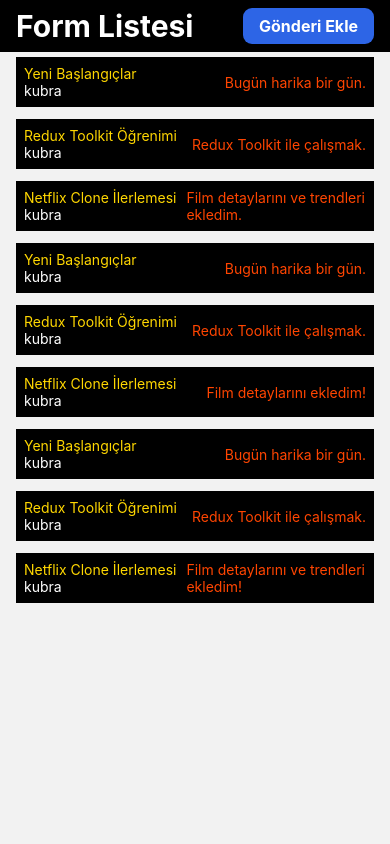
Repository: Kubraaygun/FirebaseRN
Screen: /
An editor plug-in stored every save of this project. The screen is shown before and after the next save, followed by the edit.
The app was drawn by React Native's web renderer in a window 390 px wide. The project was rebuilt for these pictures with package versions that can differ from the ones it lists, and the page was loaded fresh each time. Requests to the local data server were answered from the project's data file. Also part of the build but not shown: src/screens/AddPost/AddPostView.jsx, src/screens/AddPost/AddPostController.jsx.

Above is the screen before, as saved 2025-01-20 20:36:41.

### App.js
import {SafeAreaView, StyleSheet, Text, View} from 'react-native';
import React, {useState} from 'react';
import {createNativeStackNavigator} from '@react-navigation/native-stack';
import {NavigationContainer} from '@react-navigation/native';
import ListPostController from './src/screens/ListPost/ListPostController';
import AddPostController from './src/screens/AddPost/AddPostController';
import AppBar from './src/screens/component/AppBar';

const App = () => {
  const [activePage, setActivePage] = useState('Gönderiler');
  const Stack = createNativeStackNavigator();
  return (
    <SafeAreaView style={{flex: 1}}>
      <NavigationContainer>
        <AppBar activePage={activePage} setActivePage={setActivePage} />
        <Stack.Navigator screenOptions={{headerShown: false}}>
          <Stack.Screen name="ListPost" component={ListPostController} />
          <Stack.Screen name="AddPost" component={AddPostController} />
        </Stack.Navigator>
      </NavigationContainer>
    </SafeAreaView>
  );
};

export default App;

const styles = StyleSheet.create({});

### src/screens/ListPost/ListPostController.jsx
import {StyleSheet, Text, View} from 'react-native';
import React, {useEffect, useState} from 'react';
import ListPostView from './ListPostView';
import axios from 'axios';
const ListPostController = () => {
  const [postData, setPostData] = useState([]);
  useEffect(() => {
    axios
      .get('http://localhost:3000/posts')
      .then(res => setPostData(res.data))
      .catch(error => console.log(error));
  }, []);
  return <ListPostView postData={postData} />;
};

export default ListPostController;

const styles = StyleSheet.create({});

### src/screens/component/AppBar.jsx
import {StyleSheet, Text, View} from 'react-native';
import React from 'react';
import CustomButton from './CustomButton';
import {useNavigation} from '@react-navigation/native';

const AppBar = ({activePage, setActivePage}) => {
  const navigation = useNavigation();
  return (
    <View style={styles.container}>
      <Text style={styles.title}>Form Listesi</Text>
      {activePage === 'Gönderiler' ? (
        <CustomButton
          buttonTitle={'Gönderi Ekle'}
          onPress={() => {
            setActivePage('Gönderi Ekle');
            navigation.navigate('AddPost');
          }}
        />
      ) : (
        <CustomButton
          buttonTitle={'Gönderi Listesi'}
          onPress={() => {
            setActivePage('Gönderiler');
            navigation.navigate('ListPost');
          }}
        />
      )}
    </View>
  );
};

export default AppBar;

const styles = StyleSheet.create({
  container: {
    backgroundColor: '#000000',
    flexDirection: 'row',
    justifyContent: 'space-between',
    paddingHorizontal: 16,
    paddingVertical: 8,
    alignItems: 'center',
  },
  title: {
    color: 'white',
    fontSize: 30,
    fontWeight: '700',
  },
});

### src/screens/ListPost/ListPostView.jsx
import {FlatList, StyleSheet, Text, View} from 'react-native';
import React from 'react';

const ListPostView = ({postData}) => {
  return (
    <View style={styles.container}>
      <FlatList
        contentContainerStyle={{
          gap: 12,
        }}
        data={postData}
        renderItem={({item}) => (
          <View style={styles.post}>
            <View style={styles.info}>
              <Text style={styles.title}>{item.title}</Text>
              <Text style={styles.user}>{item.user}</Text>
            </View>

            <Text style={styles.text}>{item.text}</Text>
          </View>
        )}
      />
    </View>
  );
};

export default ListPostView;

const styles = StyleSheet.create({
  container: {
    paddingHorizontal: 16,
    paddingVertical: 5,
  },
  post: {
    backgroundColor: 'black',
    justifyContent: 'space-between',
    alignItems: 'center',
    flexDirection: 'row',
    padding: 8,
    gap: 10,
  },
  title: {
    color: 'gold',
  },
  user: {
    color: 'white',
  },
  text: {
    color: 'orangered',
  },
});

### src/screens/component/CustomButton.jsx
import {StyleSheet, Text, TouchableOpacity, View} from 'react-native';
import React from 'react';

const CustomButton = ({buttonTitle, onPress}) => {
  return (
    <TouchableOpacity onPress={onPress} style={styles.buttonContainer}>
      <Text style={styles.buttonTitle}>{buttonTitle}</Text>
    </TouchableOpacity>
  );
};

export default CustomButton;

const styles = StyleSheet.create({
  buttonContainer: {
    backgroundColor: '#2D65E6',
    paddingHorizontal: 16,
    paddingVertical: 8,
    borderRadius: 9,
  },
  buttonTitle: {
    color: '#ffffff',
    fontSize: 16,
    fontWeight: '700',
  },
});

### db.json
{
  "posts": [
    {
      "id": 1,
      "date": "2025-01-20",
      "title": "Yeni Başlangıçlar",
      "text": "Bugün harika bir gün.",
      "user": "kubra"
    },
    {
      "id": 2,
      "date": "2025-01-19",
      "title": "Redux Toolkit Öğrenimi",
      "text": "Redux Toolkit ile çalışmak.",
      "user": "kubra"
    },
    {
      "id": 3,
      "date": "2025-01-18",
      "title": "Netflix Clone İlerlemesi",
      "text": "Film detaylarını ve trendleri ekledim.",
      "user": "kubra"
    },
    {
      "id": 4,
      "date": "2025-01-20",
      "title": "Yeni Başlangıçlar",
      "text": "Bugün harika bir gün.",
      "user": "kubra"
    },
    {
      "id": 5,
      "date": "2025-01-19",
      "title": "Redux Toolkit Öğrenimi",
      "text": "Redux Toolkit ile çalışmak.",
      "user": "kubra"
    },
    {
      "id": 6,
      "date": "2025-01-18",
      "title": "Netflix Clone İlerlemesi",
      "text": "Film detaylarını ekledim!",
      "user": "kubra"
    },
    {
      "id": 7,
      "date": "2025-01-20",
      "title": "Yeni Başlangıçlar",
      "text": "Bugün harika bir gün.",
      "user": "kubra"
    },
    {
      "id": 8,
      "date": "2025-01-19",
      "title": "Redux Toolkit Öğrenimi",
      "text": "Redux Toolkit ile çalışmak.",
      "user": "kubra"
    },
    {
      "id": 3,
      "date": "2025-01-18",
      "title": "Netflix Clone İlerlemesi",
      "text": "Film detaylarını ve trendleri ekledim!",
      "user": "kubra"
    }
  ]
}

After the next save:
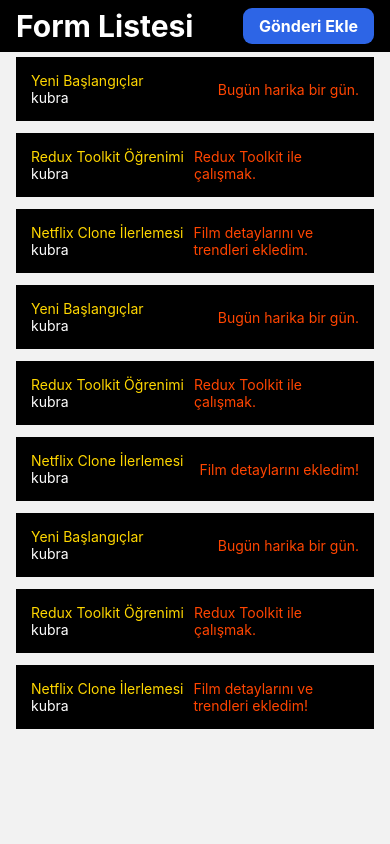
Saved 28 s later.
--- a/src/screens/ListPost/ListPostView.jsx
+++ b/src/screens/ListPost/ListPostView.jsx
@@ -36,7 +36,7 @@ const styles = StyleSheet.create({
     justifyContent: 'space-between',
     alignItems: 'center',
     flexDirection: 'row',
-    padding: 8,
+    padding: 15,
     gap: 10,
   },
   title: {
